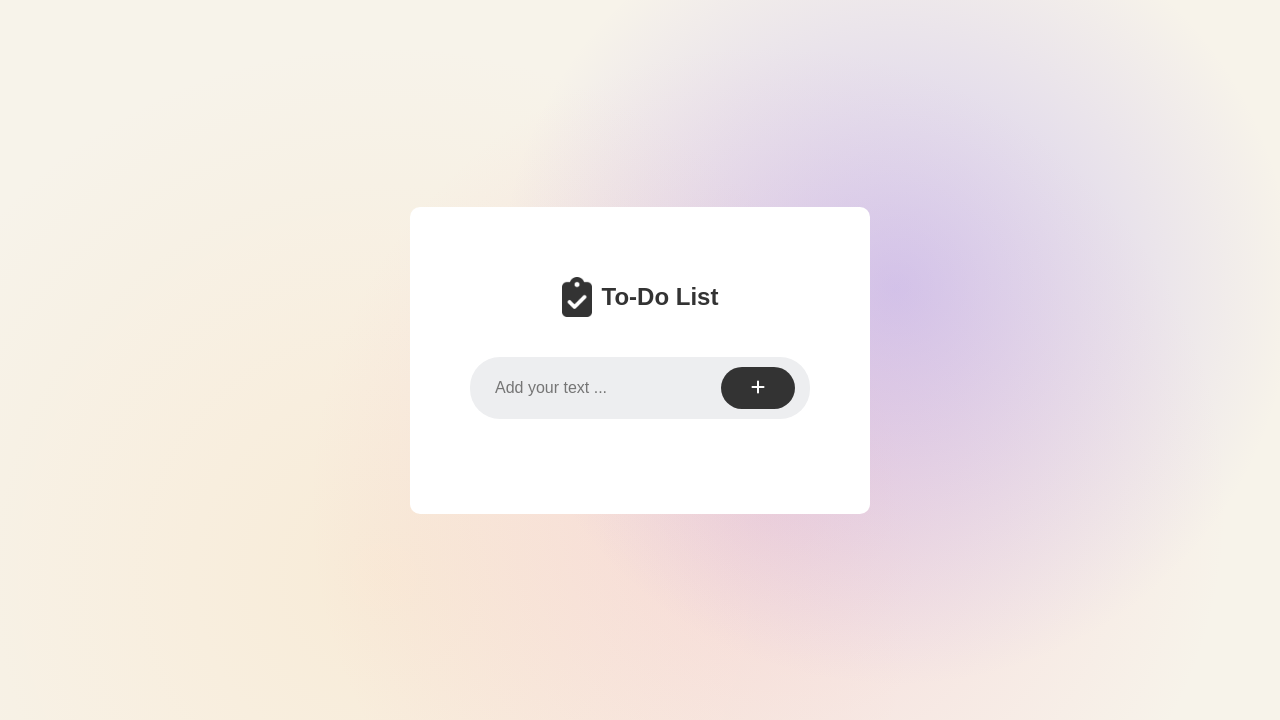
Repository: maltika/To-do_list
Page: index.html
The author's editor kept a copy of each file at every save. The page is drawn from the files as they stood at one save, then again after the next save.
The browser window is 1280 px wide. The pictures show the whole page.

Above is the page before, as saved 2025-05-20 15:03:39.

### index.html
<!DOCTYPE html>
<html lang="en">
  <head>
    <meta charset="UTF-8" />
    <meta name="viewport" content="width=device-width, initial-scale=1.0" />
    <title>To-do List</title>
    <link rel="stylesheet" href="style.css" />
    <link
      rel="stylesheet"
      href="https://cdnjs.cloudflare.com/ajax/libs/font-awesome/6.5.0/css/all.min.css"
    />
  </head>
  <body>
    <div class="content">
      <div class="todo-app">
        <h2>
          <img src="img/Clipboard.png" />
          To-Do List
        </h2>
        <div class="row">
          <input type="text" id="input-box" placeholder="Add your text ..." />
          <button onclick="addTask()"><i class="fa-solid fa-plus"></i></button>
        </div>
        <ul id="list-container">
            <!-- <li class="checked"> Task 1 </li>
            <li> Task 2 </li>
            <li> Task 3 </li> -->
        </ul>
      </div>
    </div>
    <script src="script.js"></script>
  </body>
</html>

### style.css
body {
    margin: 0;
    padding: 0;
    min-height: 100vh;
    background-color: #f7f3ea;
    /* พื้นหลังหลัก */

    background-image:
        radial-gradient(circle at 70% 40%, rgba(128, 104, 243, 0.3), transparent 40%),
        radial-gradient(circle at 60% 70%, rgba(244, 148, 177, 0.25), transparent 50%),
        radial-gradient(circle at 30% 80%, rgba(255, 204, 140, 0.2), transparent 50%);

    background-repeat: no-repeat;
    background-size: cover;
    font-family: sans-serif;
}

.content {
    display: flex;
    justify-content: center;
    align-items: center;
    height: 100vh;
    /* text-align: center; */
    color: #333;
}

* {
    margin: 0;
    padding: 0;
    font-family: 'Poppins', sans-serif;
    box-sizing: border-box;
}

.todo-app {
    width: 100%;
    max-width: 460px;
    background-color: #fff;
    margin: 100px auto px;
    padding: 40px 30px 70px;
    border-radius: 10px;
    border-color: #A6A6A6;
}

.todo-app h2 {
    color: #333;
    display: flex;
    align-items: center;
    margin-top: 30px;
    margin-bottom: 40px;
    justify-content: center;
}

.todo-app h2 img {
    width: 30px;
    margin-right: 10px;
}

.row {
    display: flex;
    align-items: center;
    background: #edeef0;
    border-radius: 30px;
    padding: 10px 15px;
    margin-bottom: 25px;
    margin-left: 30px;
    margin-right: 30px;
}

input {
    flex: 1;
    border: none;
    outline: none;
    background: transparent;
    padding: 10px;
    font-size: 16px;
}

button {
    border: none;
    outline: none;
    background: #333;
    color: #fff;
    padding: 12px 30px;
    font-size: 16px;
    cursor: pointer;
    border-radius: 40px;
}

ul li {
    list-style: none;
    font-size: 17px;
    padding: 12px 8px 12px 55px;
    margin-left: 30px;
    margin-right: 30px;
    user-select: none;
    cursor: pointer;
    position: relative;
}

ul li::before {
    content: '';
    position: absolute;
    height: 22px;
    width: 22px;
    border-radius: 50%;
    background-image: url(img/unchecked.png);
    background-size: cover;
    background-position: center;
    top: 11px;
    left: 10px;
}

ul li::after {
    content: '';
    position: absolute;
    left: 8px;
    bottom: -2px;
    width: 100%;
    max-width: 330px;
    height: 1px;

    /* ความหนาของเส้น */
    background-color: #A6A6A6;
    /* สีของเส้น */
    margin-top: 110px;
}

ul li.checked {
    color: #A6A6A6;
    font-style: italic;
    text-decoration: line-through;
}

ul li.checked::before {
    background-image: url(img/checked.png);

}

ul li span {
    position: absolute;
    right: 0;
    top: 5px;
    width: 40px;
    height: 40px;
    font-size: 22px;
    color: #A6A6A6;
    line-height: 40px;
    text-align: center;
    border-radius: 50px;
}

ul li span:hover{
    background-color: #dcdbdb;
}

### script.js
const inputBox = document.getElementById("input-box")
const listContainer = document.getElementById("list-container")

function addTask() {
    if (inputBox.value === '') {
        alert("You must write something!");
    }
    else {
        let li = document.createElement("li");
        li.innerHTML = inputBox.value;
        listContainer.appendChild(li);
        let span = document.createElement("span");
        span.innerHTML = "\u00d7";
        li.appendChild(span)
    }
    inputBox.value = "";
    saveData();
}

listContainer.addEventListener("click", function (e) {
    if(e.target.tagName === "LI") {
        e.target.classList.toggle("checked");
        saveData();
    }
    else if(e.target.tagName === "SPAN") {
        e.target.parentElement.remove();
        saveData();
    }
}, false);

function saveData(){
    localStorage.setItem("data" , listContainer.innerHTML);
}

function showTask(){
    listContainer.innerHTML = localStorage.getItem("data");
}
showTask();

After the next save:
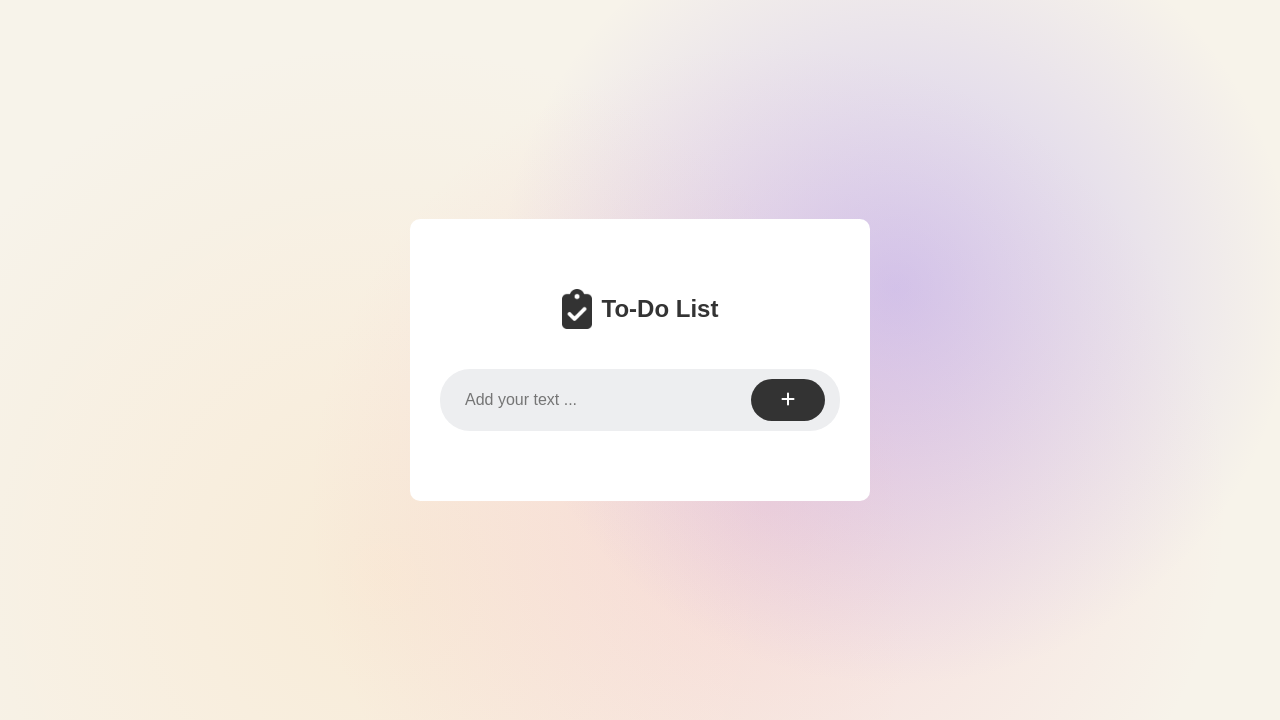
Saved 5 s later.
--- a/style.css
+++ b/style.css
@@ -61,9 +61,7 @@ body {
     background: #edeef0;
     border-radius: 30px;
     padding: 10px 15px;
-    margin-bottom: 25px;
-    margin-left: 30px;
-    margin-right: 30px;
+    margin-bottom:
 }
 
 input {
